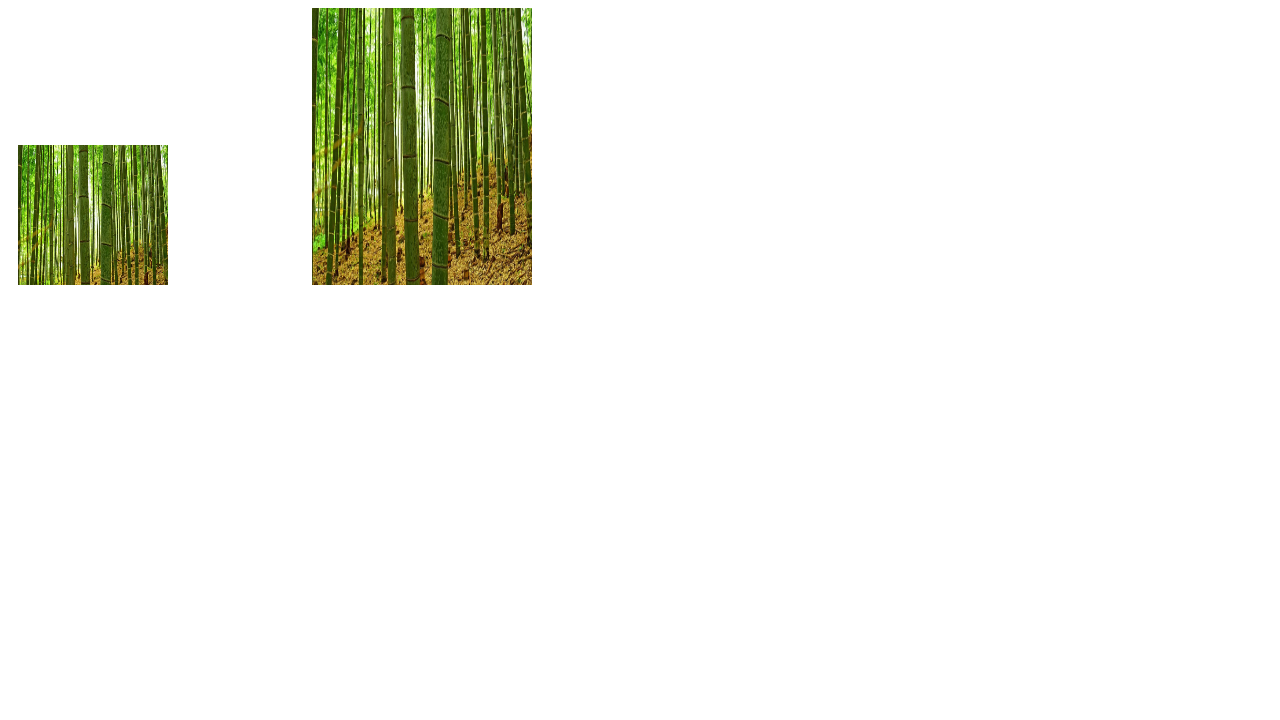
Repository: tanasa-mircea/playground
Page: canvas-filters/index.html
The author's editor kept a copy of each file at every save. The page is drawn from the files as they stood at one save, then again after the next save.
The browser window is 1280 px wide. The pictures show the whole page.

Above is the page before, as saved 2019-02-08 10:53:15.

After the next save:
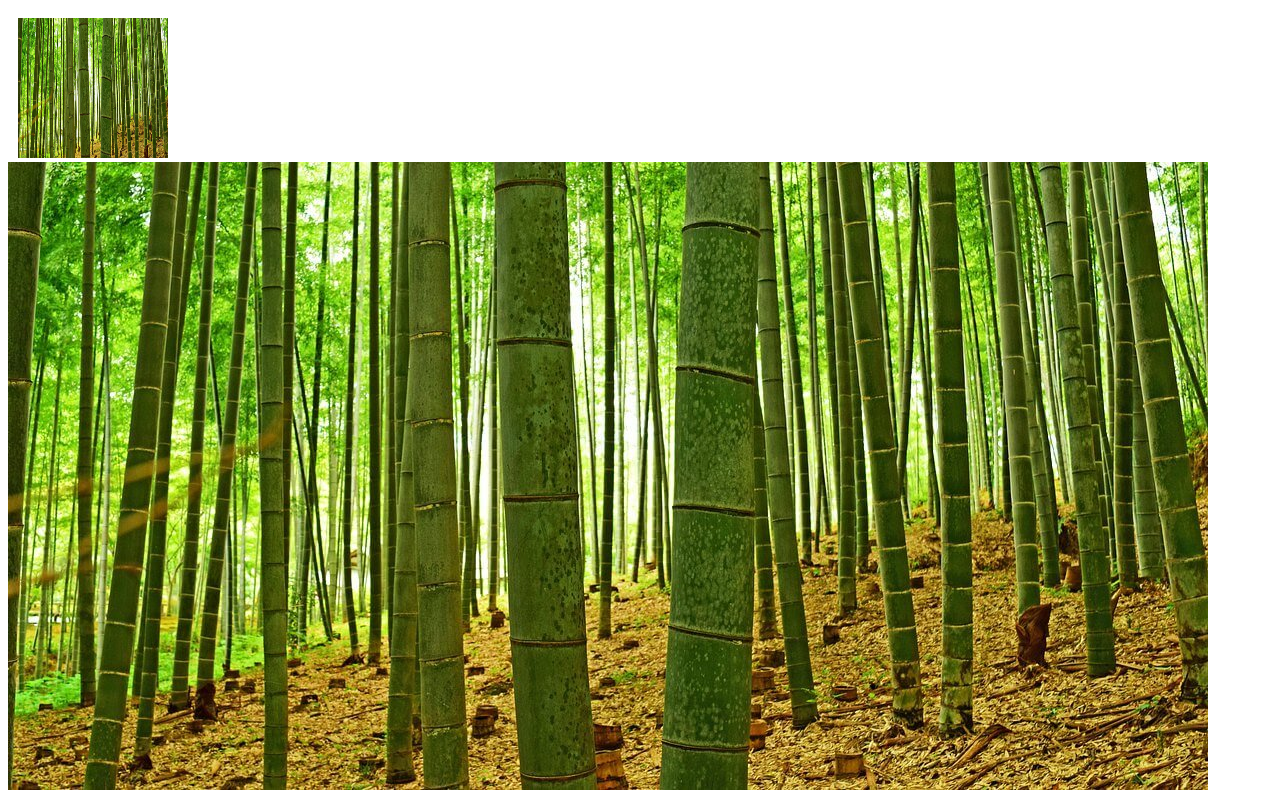
Saved 5 s later.
--- a/canvas-filters/index.html
+++ b/canvas-filters/index.html
@@ -8,7 +8,7 @@
 </head>
 <body>
   <canvas id="myCanvas"></canvas>
-  <img id="scream" width="220" height="277" src="bamboo.jpg" alt="The Scream" >
+  <img id="scream" src="bamboo.jpg" alt="The Scream" >
 
   <script src="main.js"></script>
 </body>
